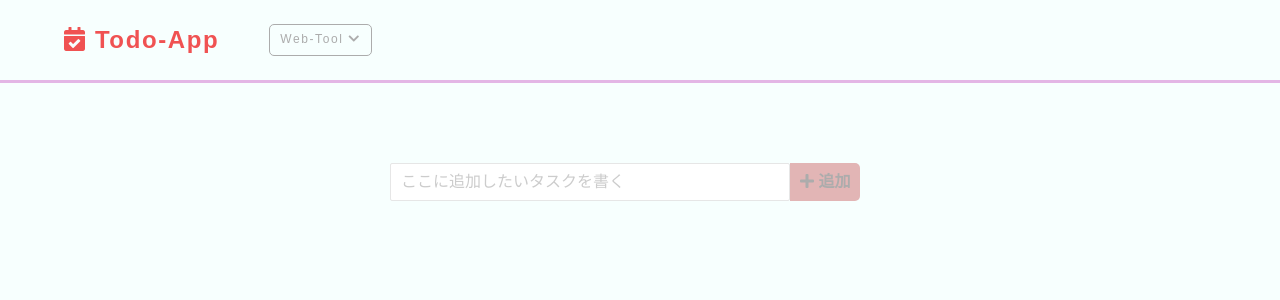
Repository: Hiroshii-m/todo_vue
Page: index.html
These files come from the project's save history. The page is drawn as it stood at one moment and after the next save; the edit follows.
The browser window is 1280 px wide. The pictures show the whole page.
The style sheet was rebuilt from its Sass, Less or Tailwind sources for each picture, by a compiler version that may differ from the author's.

Above is the page before, as saved 2021-06-26 18:27:11.

After the next save:
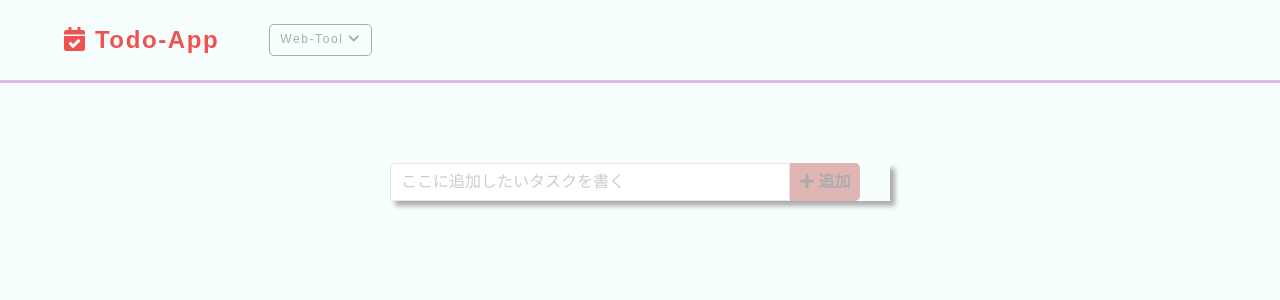
Saved 30 s later.
--- a/src/scss/style.scss
+++ b/src/scss/style.scss
@@ -47,6 +47,7 @@
     display: flex;
     max-width: 500px;
     margin: 0 auto;
+    box-shadow: 5px 5px 5px ;
     &__input {
         width: 80%;
         padding: 5px 10px;
